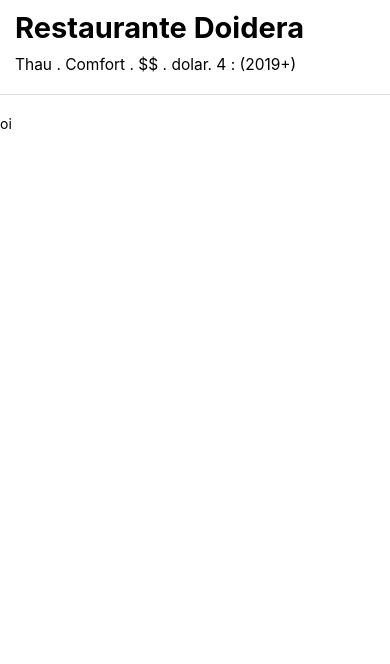
Repository: andre06x/uber_eats-clone
Screen: /
The author's editor kept a copy of each file at every save. The screen is drawn from the files as they stood at one save, then again after the next save.
The pictures show rows 180 to 844 of an output 844 px tall.
The app was drawn by React Native's web renderer in a window 390 px wide. The project was rebuilt for these pictures with package versions that can differ from the ones it lists, and the page was loaded fresh each time. Also part of the build but not shown: Components/home/BottomTabs.js, Components/home/Categories.js, Components/home/HeaderTabs.js, Components/home/RestaurantItem.js, Components/home/SearchBar.js, screens/Home.js.

Above is the screen before, as saved 2022-04-07 15:42:19.

### App.js
import { StatusBar } from 'expo-status-bar';
import { StyleSheet, Text, View } from 'react-native';
import Home from "./screens/Home";
import RestaurantDetail from "./screens/RestaurantDetail";

export default function App() {
  return (
//    <Home/>
    <RestaurantDetail />
  );
}

### screens/RestaurantDetail.js
import React from "react";
import { View, Text } from 'react-native';
import { Divider } from "react-native-elements";
import About from "../Components/restaurantDetail/About";
import MenuItem from "../Components/restaurantDetail/MenuItem";

const RestaurantDetail = () => {
  return (
    <View>
      <About />
      <Divider width={1.8} style={{marginVertical: 20}}/>
      <MenuItem />
    </View>
  )
}

export default RestaurantDetail;

### Components/restaurantDetail/About.js
import React from "react";
import { View, Text, Image } from 'react-native';

const image = "https://images.unsplash.com/photo-1552566626-52f8b828add9?ixlib=rb-1.2.1&ixid=MnwxMjA3fDB8MHxzZWFyY2h8NXx8cmVzdGF1cmFudHxlbnwwfHwwfHw%3D&w=1000&q=80"
const title= "Restaurante Doidera";
const description = "Thau . Comfort . $$ . dolar. 4 : (2019+)"

const About = () => {
  return (
    <View>
      <RestaurantImage image={image}/>
      <RestaurantTitle title={title}/>
      <RestaurantDescription description={description}/>
    </View>
  )
}

const RestaurantImage = ({image}) => (
  <Image source={{uri: image}} style={{width: "100%", height: 180}}/>
)

const RestaurantTitle = ({title}) => (
 <Text style={{fontSize: 29, fontWeight: "700", marginTop: 10, marginHorizontal: 15}}>
   {title}
 </Text>
)

const RestaurantDescription = ({ description }) => (
  <Text style={{marginTop: 10, marginHorizontal: 15, fontWeight: "400", fontSize: 15.5}}>{description}</Text>
)

export default About;

### Components/restaurantDetail/MenuItem.js
import React from 'react';
import { View, Text } from 'react-native';

const foods = [
  {
    title: "Lasgna",
    description: "hmmm churume",
    price: "$13",
    image: "https://images.unsplash.com/photo-1517248135467-4c7edcad34c4?ixid=MnwxMjA3fDB8MHxzZWFyY2h8MXx8cmVzdGF1cmFudCUyMGludGVyaW9yfGVufDB8fDB8fA%3D%3D&ixlib=rb-1.2.1&w=1000&q=80"
  },
  {
    title: "Lasgna",
    description: "hmmm churume",
    price: "$13",
    image: "https://images.unsplash.com/photo-1517248135467-4c7edcad34c4?ixid=MnwxMjA3fDB8MHxzZWFyY2h8MXx8cmVzdGF1cmFudCUyMGludGVyaW9yfGVufDB8fDB8fA%3D%3D&ixlib=rb-1.2.1&w=1000&q=80"
  },
  {
    title: "Lasgna",
    description: "hmmm churume",
    price: "$13",
    image: "https://images.unsplash.com/photo-1517248135467-4c7edcad34c4?ixid=MnwxMjA3fDB8MHxzZWFyY2h8MXx8cmVzdGF1cmFudCUyMGludGVyaW9yfGVufDB8fDB8fA%3D%3D&ixlib=rb-1.2.1&w=1000&q=80"
  },
  {
    title: "Lasgna",
    description: "hmmm churume",
    price: "$13",
    image: "https://images.unsplash.com/photo-1517248135467-4c7edcad34c4?ixid=MnwxMjA3fDB8MHxzZWFyY2h8MXx8cmVzdGF1cmFudCUyMGludGVyaW9yfGVufDB8fDB8fA%3D%3D&ixlib=rb-1.2.1&w=1000&q=80"
  },
]
const MenuItem = () => {
  return (
    <Text>oi</Text>
  )
}

export default MenuItem;

After the next save:
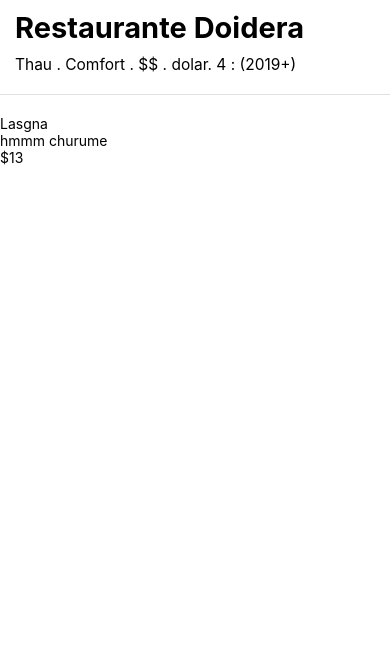
Saved 9 min 26 s later.
--- a/Components/restaurantDetail/MenuItem.js
+++ b/Components/restaurantDetail/MenuItem.js
@@ -1,5 +1,5 @@
 import React from 'react';
-import { View, Text } from 'react-native';
+import { View, Text, StyleSheet } from 'react-native';
 
 const foods = [
   {
@@ -27,10 +27,43 @@ const foods = [
     image: "https://images.unsplash.com/photo-1517248135467-4c7edcad34c4?ixid=MnwxMjA3fDB8MHxzZWFyY2h8MXx8cmVzdGF1cmFudCUyMGludGVyaW9yfGVufDB8fDB8fA%3D%3D&ixlib=rb-1.2.1&w=1000&q=80"
   },
 ]
+
+const styles = StyleSheet.create({
+  menuItemStyle: {
+    flexDirection: "row",
+    justifyContent: "space-between",
+    margin: 20,
+  },
+
+  titleStyle: {
+    fontSize: 19,
+    fontWeight: "600",
+  },
+});
+
+
 const MenuItem = () => {
   return (
-    <Text>oi</Text>
+    <View>
+      <FoodInfo foods={foods[0]}/>
+    </View>
   )
 }
 
+const FoodInfo = ({foods }) => {
+  return (
+    <View>
+      <Text>{foods.title}</Text>
+      <Text>{foods.description}</Text>
+      <Text>{foods.price}</Text>
+    </View>
+  )
+}
+
+// const FoodImage = () => {
+//   return (
+
+//   )
+// }
+
 export default MenuItem;
